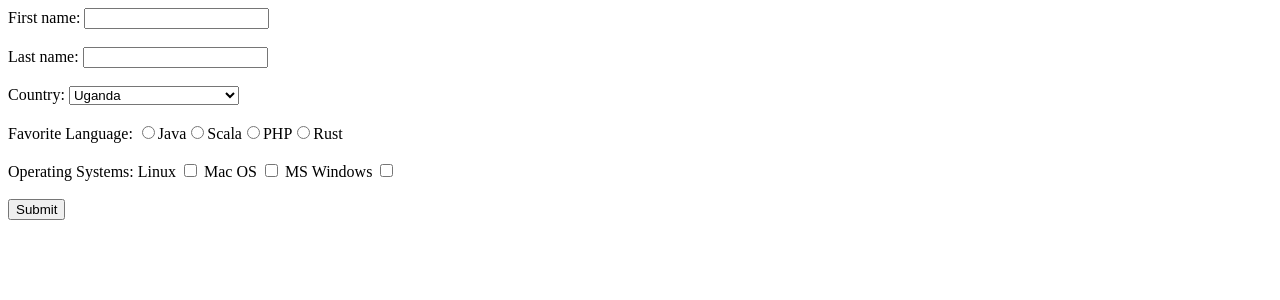
Repository: dunky-star/Java-Developer-Full-Stack
Page: http://localhost/spring-mvc-web/student/showForm
The author's editor kept a copy of each file at every save. The page is drawn from the files as they stood at one save, then again after the next save.
The browser window is 1280 px wide. The pictures show the whole page.
The page is served by Tomcat 9. Other server files are loaded and not shown. The template is opened directly, without the code that normally fills it, so the values that code supplies are empty.

Above is the page before, as saved 2022-09-30 11:39:56.

### Spring-MVC-Spring-Boot/spring-mvc-web/WebContent/WEB-INF/view/student-form.jsp
<%@ taglib prefix="form" uri="http://www.springframework.org/tags/form" %>

<!DOCTYPE html>

<html>

<head>
	<title>Student Registration Form</title>
</head>

<body>

	<form:form action="processForm" modelAttribute="student">

		First name: <form:input path="firstName" />
		<form:errors path="firstName" cssClass="error" />

		<br><br>

		Last name: <form:input path="lastName" />
		<form:errors path="lastName" cssClass="error" />

		<br><br>

		Country:

		<form:select path="country">

			<form:options items="${student.countryOptions}" />

		</form:select>

		<br><br>

		Favorite Language:

		<form:radiobuttons path="favoriteLanguage"
		items="${student.favoriteLanguageOptions}"  />

		<br><br>

		Operating Systems:

		Linux <form:checkbox path="operatingSystems" value="Linux" />
		Mac OS <form:checkbox path="operatingSystems" value="Mac OS" />
		MS Windows <form:checkbox path="operatingSystems" value="MS Window" />

		<br><br>

		<input type="submit" value="Submit" />

	</form:form>

</body>

</html>

After the next save:
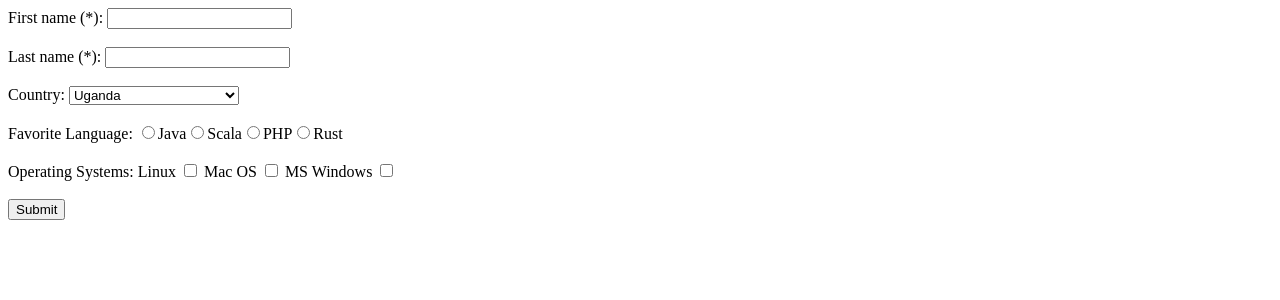
Saved 4 min 4 s later.
--- a/Spring-MVC-Spring-Boot/spring-mvc-web/WebContent/WEB-INF/view/student-form.jsp
+++ b/Spring-MVC-Spring-Boot/spring-mvc-web/WebContent/WEB-INF/view/student-form.jsp
@@ -12,12 +12,12 @@
 
 	<form:form action="processForm" modelAttribute="student">
 
-		First name: <form:input path="firstName" />
+		First name (*): <form:input path="firstName" />
 		<form:errors path="firstName" cssClass="error" />
 
 		<br><br>
 
-		Last name: <form:input path="lastName" />
+		Last name (*): <form:input path="lastName" />
 		<form:errors path="lastName" cssClass="error" />
 
 		<br><br>
